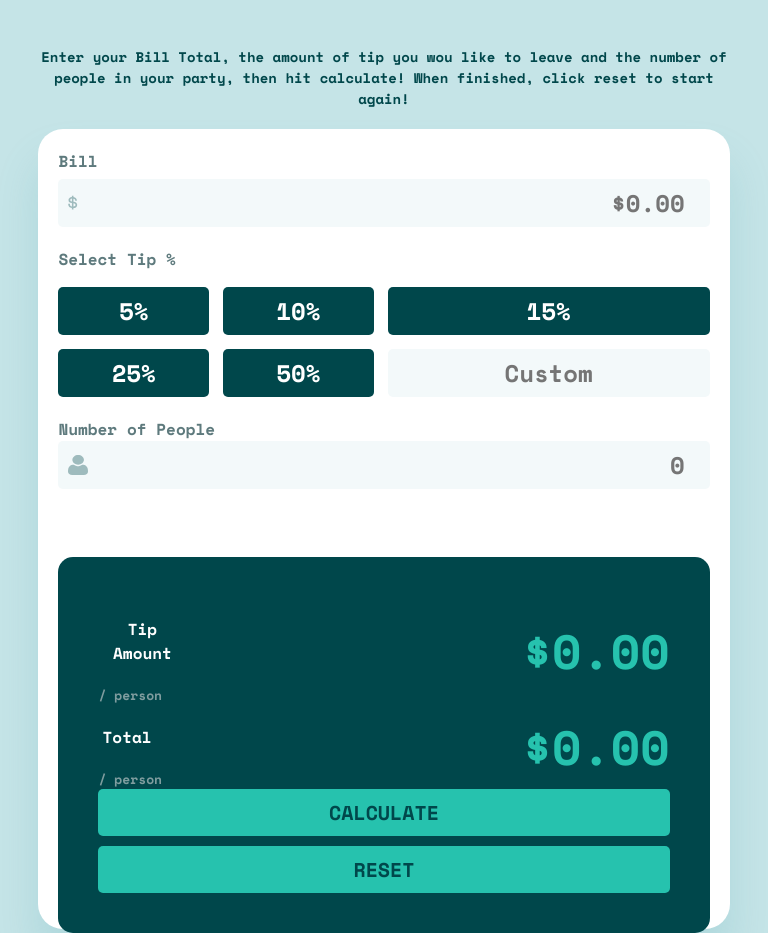
Repository: brandontaylor1/splitter
Page: index.html
The author's editor kept a copy of each file at every save. The page is drawn from the files as they stood at one save, then again after the next save.
The browser window is 768 px wide. The pictures show the whole page.

Above is the page before, as saved 2025-02-07 14:16:17.

After the next save:
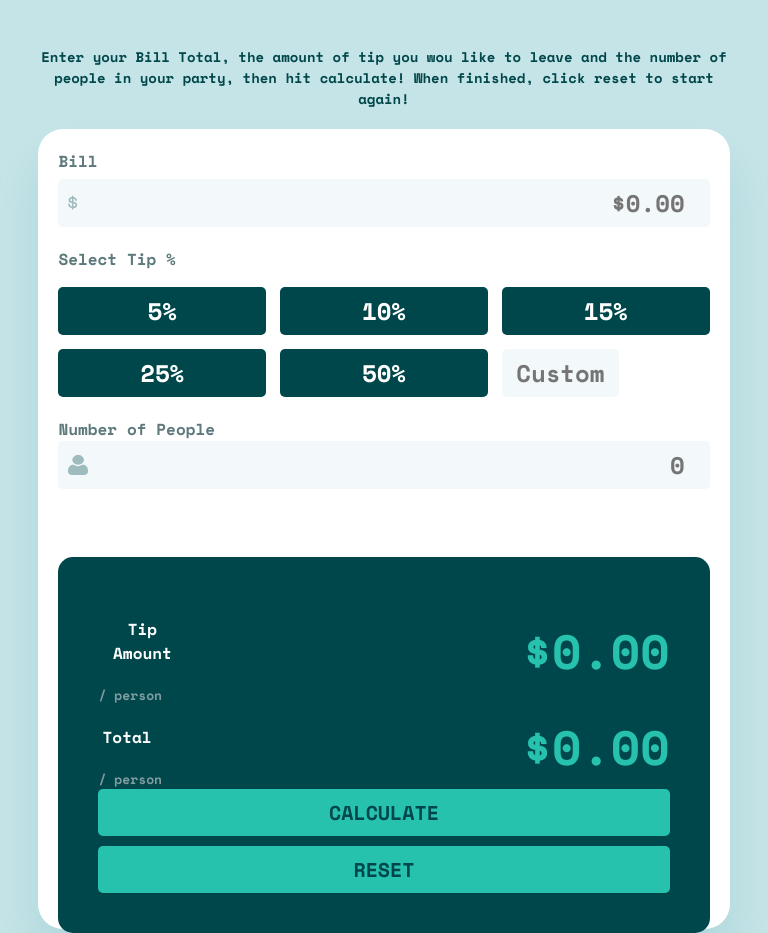
Saved 27 s later.
--- a/styles.css
+++ b/styles.css
@@ -367,6 +367,7 @@
     }
 
     #custom-tip {
+        max-width: 117px;
         width: auto;
         height: 48px;
         flex-shrink: 2;

After the save that followed:
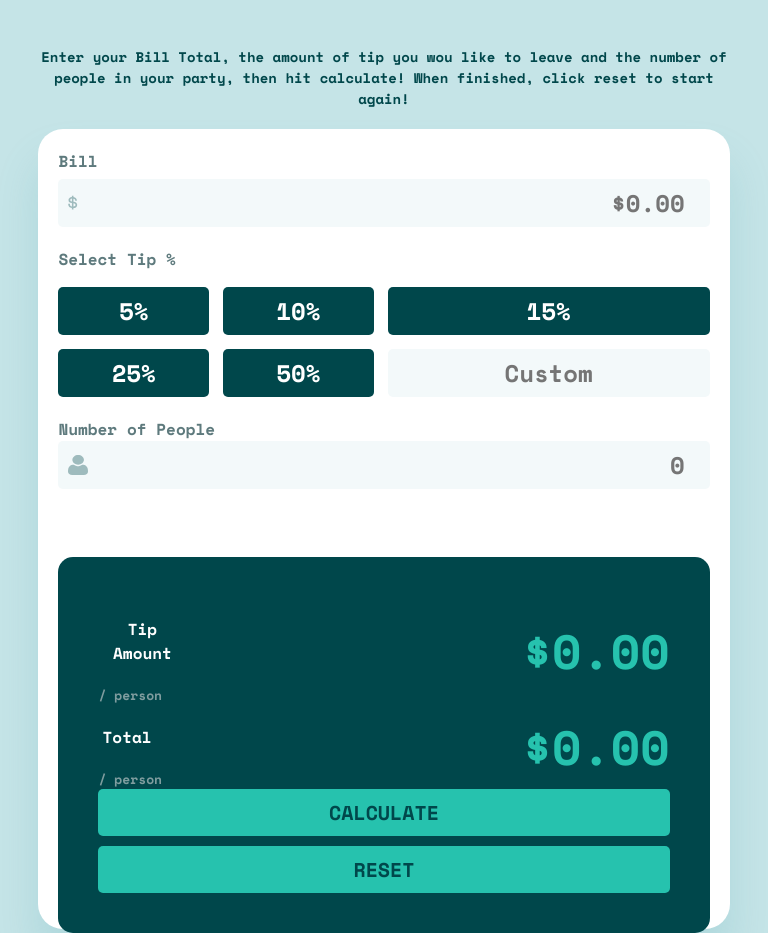
Saved 23 s later.
--- a/styles.css
+++ b/styles.css
@@ -367,7 +367,7 @@
     }
 
     #custom-tip {
-        max-width: 117px;
+        max-width: 100%;
         width: auto;
         height: 48px;
         flex-shrink: 2;
